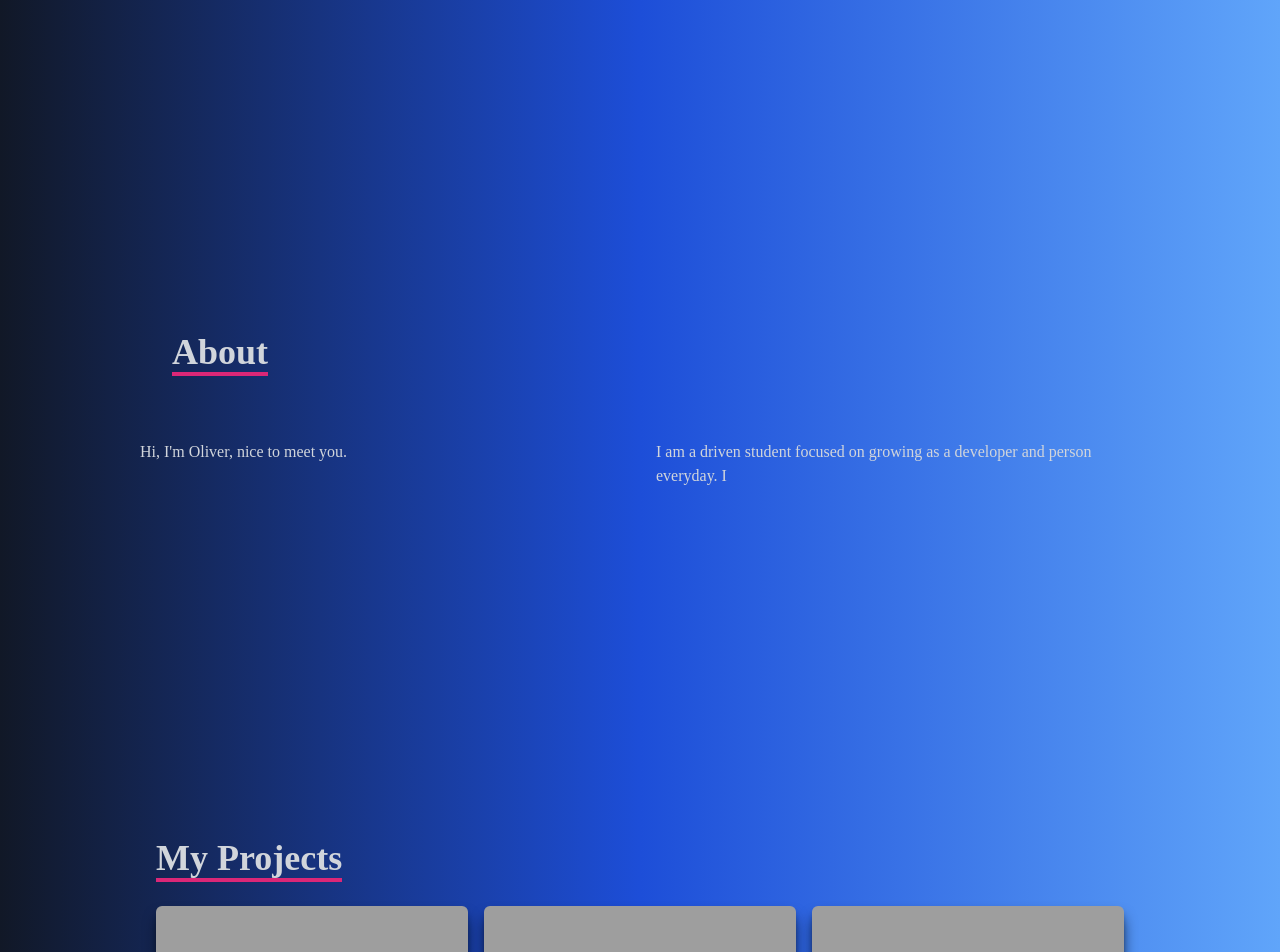
Repository: olichengus/Project-Portfolio
Page: /
The author's editor kept a copy of each file at every save. The page is drawn from the files as they stood at one save, then again after the next save.
The browser window is 1280 px wide. The pictures show the part of the page from y = 670 to 1622 px (the page is 2160 px tall).
Pictures or frames that could not be fetched are drawn as grey boxes. The project was rebuilt for these pictures with package versions that can differ from the ones it lists, and the page was loaded fresh each time.

Above is the page before, as saved 2024-02-10 00:32:28.

### src/index.css
@tailwind base;
@tailwind components;
@tailwind utilities;

@import url('https://fonts.googleapis.com/css2?family=Roboto:wght@300;400;500;700&display=swap');

@layer base {
  body {
    @apply font-[Raleway];
  }
  li {
    @apply px-4;
    @apply cursor-pointer;
  }
}


.content-div{
  background-repeat: no-repeat;
  background-size: cover;
  background-position: center;
  height: 250px;
}

.content-div:hover{
  background-image: linear-gradient(
    to right,
    rgba(112,157,255,0.8),
    hsla(242,74%,61%,0.8)
  )!important;
  background-color: rgba(0, 0, 0, 0.5);
  transition: 0.5s;
}

### src/App.js
import Home from './components/Home';
import Navbar from './components/Navbar';
import About from './components/About';
import Work from './components/Work';

function App() {
  return (
    <div>
      <Navbar />
      <Home />
      <About />
      <Work />
    </div>
  );
}

export default App;

### src/components/Home.jsx
import React from 'react'
import {HiArrowNarrowRight} from 'react-icons/hi'

const Home = () => {
  return (
    <div className='w-full h-screen bg-gradient-to-r from-gray-900 via-blue-700 to-blue-400'>
      {/* Container */}
      <div className='max-w-[1000px] mx-auto px-8 flex flex-col justify-center h-full'>
        <p className='text-pink-600 text-2xl'>Hi, my name is</p>
        <h1 className='text-white text-7xl font-bold'>Oliver Cheng</h1>
        <h2 className='text-4xl sm:text-5xl font-bold text-[#8892b0]'> I am a Computer Science student @ UBC</h2>
        <h2 className='text-4xl sm:text-5xl font-bold text-[#8892b0]'> Welcome to my Portfolio!</h2>
        <div className='background-color'>
          <button className = 'text-white border-2 px-6 py-3 my-2 flex items-center hover:bg-pink-600 hover:border-pink-600'>
            My Projects
            <span className='group-hover:rotate-90 duration-300'>
              <HiArrowNarrowRight className='ml-2' />
            </span>
          </button>
        </div>
      </div>

    </div>
  )
}

export default Home

### src/components/navbar.js
import React, {useState} from 'react'
import {
    FaBars,
    FaTimes,
    FaGithub,
    FaLinkedin
  } from 'react-icons/fa';
import { HiOutlineMail } from 'react-icons/hi';
import BsFillPersonFill from 'react-icons/bs';

const Navbar = () => {
    const [nav, setNav] = useState(false)
    const handleClick = () => setNav(!nav)
  return (
    <div className='fixed w-full h-[80px] flex justify-between items-center px-4 bg-[#0a192f] text-gray-300'>
    {/* menu */}
        <div className='hidden md:flex'>
            <ul className='hidden md:flex'>
                <li>Home</li>
                <li>About</li>
                <li>Experience</li>
                <li>Projects</li>
                <li>Contact</li>


            </ul>
        </div>

        <div onClick={handleClick} className='md:hidden z-10'>
            {/* if false set it to bars else set it to x logo*/}
            {!nav ? <FaBars /> : <FaTimes />}
        </div>


        {/* Moble menu */}
        <ul className={!nav ? "hidden": 'absolute top-0 left-0 w-full h-screen bg-[#0a192f] flex flex-col justify center items-center'}>
                <li className='py-6 text-4xl'>Home</li>
                <li className='py-6 text-4xl'>About</li>
                <li className='py-6 text-4xl'>Experience</li>
                <li className='py-6 text-4xl'>Projects</li>
                <li className='py-6 text-4xl'>Contact</li>

        </ul>
        {/* Social Icons */}
        <div className='flex fixed flex-col top-[35%] left-0;'>
        </div>
    </div>


  )
}

export default Navbar

### src/components/About.jsx
import React from 'react';

const About = () => {
    return (
        <div name='about' className='w-full h-screen bg-gradient-to-r from-gray-900 via-blue-700 to-blue-400 text-gray-300'>
            <div className='flex flex-col justify-center items-center w-full h-full'>
                <div className='max-w-[1000px] w-full px-4 justify-center items-center'>
                    <div className='md:text-left sm:text-right pb-8 pl-4'>
                        <p className='text-4xl font-bold inline border-b-4 border-pink-600 hover:text-white'>About</p>
                    </div>

                </div>
                <div className='mt-9 max-w-[1000px] w-full grid grid-cols-2 gap-8'>
                    <div>
                        <p>Hi, I'm Oliver, nice to meet you.</p>
                    </div>
                    <div>
                        I am a driven student focused on growing as a developer and person everyday. I
                    </div>
                </div>
            </div>
        </div>
    )
}

export default About;

### src/components/Work.jsx
import React from 'react';
import Background from '../assets/background.jpeg';

const Work = () => {
    return (
        <div className='w-full md:h-screen text-gray-300 bg-gradient-to-r from-gray-900 via-blue-700 to-blue-400'>
            <div className='max-w-[1000px] mx-auto p-4 flex flex-col justify-center w-full h-full'>
                <div>
                    <p className='text-4xl font-bold inline border-b-4 text-gray-300 border-pink-600'>My Projects</p>
                </div>

            {/* Container */}

                <div className='grid sm:grid-cols-2 md:grid-cols-3 gap-4 mt-7'>

            {/* Grid Item */}
                    <div style = {{backgroundImage: `url(${Background})`}}
                    className='shadow-lg shadow-[#040c16] group container rounded-md flex justify-center items-center mx-auto content-div'>

                        {/* Hover Effects */}
                        <div className='opacity-0 group-hover:opacity-100'>
                            <span className='text-2xl font-bold text-white tracking-wider'>
                                UBC Elective Finder
                            </span>
                            <div className='pt-8 text-center'>
                                {/* <a href ="/">
                                    <button className='text-center rounded-lg px-4 py-3 m-2 bg-white text-gray-700 font-bold text-lg'>Demo</button>
                                </a> */}
                                <a href = "https://github.com/olichengus/UBC-Elective-Finder">
                                    <button className='text-center rounded-lg px-5 py-3 m-2 bg-white text-gray-700 font-bold text-lg'>View</button>
                                </a>
                            </div>
                        </div>
                    </div>

                    <div style = {{backgroundImage: `url(${Background})`}}
                    className='shadow-lg shadow-[#040c16] group container rounded-md flex justify-center items-center mx-auto content-div'>

                        {/* Hover Effects */}
                        <div className='opacity-0 group-hover:opacity-100'>
                            <span className='text-2xl font-bold text-white tracking-wider'>
                                Telomeres Website
                            </span>
                            <div className='pt-8 text-center'>
                                {/* <a href ="/">
                                    <button className='text-center rounded-lg px-4 py-3 m-2 bg-white text-gray-700 font-bold text-lg'>Demo</button>
                                </a> */}
                                <a href = "https://github.com/olichengus/TelomeresWebsite">
                                    <button className='text-center rounded-lg px-5 py-3 m-2 bg-white text-gray-700 font-bold text-lg'>View</button>
                                </a>
                            </div>
                        </div>
                    </div>

                    <div style = {{backgroundImage: `url(${Background})`}}
                    className='shadow-lg shadow-[#040c16] group container rounded-md flex justify-center items-center mx-auto content-div'>

                        {/* Hover Effects */}
                        <div className='opacity-0 group-hover:opacity-100'>
                            <span className='text-2xl font-bold text-white tracking-wider'>
                                Wishlist Application
                            </span>
                            <div className='pt-8 text-center'>
                                {/* <a href ="https://github.com/olichengus/WishList">
                                    <button className='text-center rounded-lg px-4 py-3 m-2 bg-white text-gray-700 font-bold text-lg'>Demo</button>
                                </a> */}
                                <a href = "https://github.com/olichengus/WishList">
                                    <button className='text-center rounded-lg px-5 py-3 m-2 bg-white text-gray-700 font-bold text-lg'>View</button>
                                </a>
                            </div>
                        </div>
                    </div>

                    <div style = {{backgroundImage: `url(${Background})`}}
                    className='shadow-lg shadow-[#040c16] group container rounded-md flex justify-center items-center mx-auto content-div'>

                        {/* Hover Effects */}
                        <div className='opacity-0 group-hover:opacity-100'>
                            <span className='text-2xl font-bold text-white tracking-wider'>
                                PythonRoads
                            </span>
                            <div className='pt-8 text-center'>
                                {/* <a href ="/">
                                    <button className='text-center rounded-lg px-4 py-3 m-2 bg-white text-gray-700 font-bold text-lg'>Demo</button>
                                </a> */}
                                <a href = "https://github.com/olichengus/PythonRoads">
                                    <button className='text-center rounded-lg px-5 py-3 m-2 bg-white text-gray-700 font-bold text-lg'>View</button>
                                </a>
                            </div>
                        </div>
                    </div>

                </div>



            </div>
        </div>
    );
};

export default Work;

### tailwind.config.js
/** @type {import('tailwindcss').Config} */
module.exports = {
  content: ["./src/**/*.{html,jsx}"],
  theme: {
    extend: {},
  },
  plugins: [],
}

Loaded but not shown: public/index.html (common file); src/index.js (common file)

After the next save:
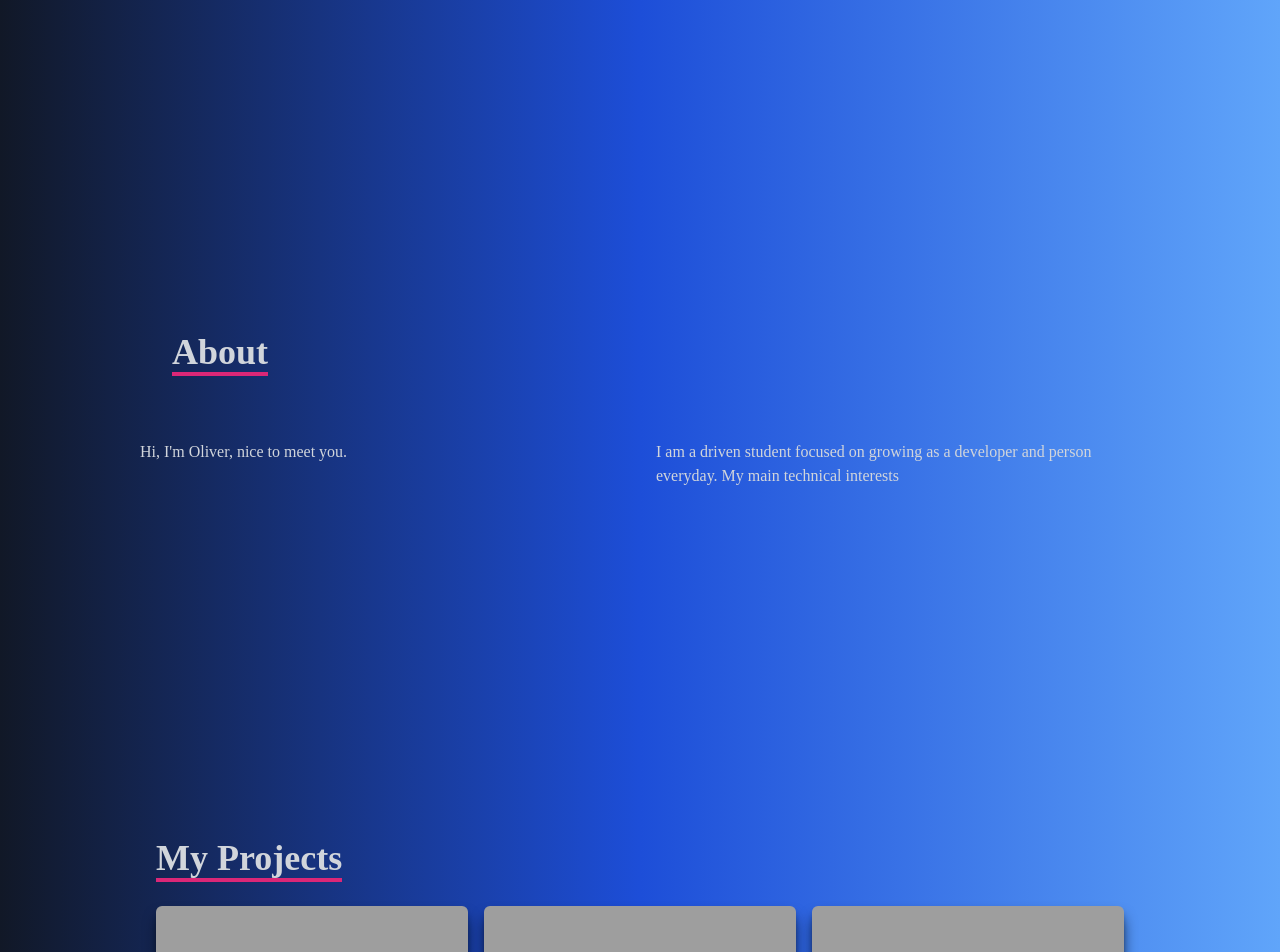
Saved 9 s later.
--- a/src/components/About.jsx
+++ b/src/components/About.jsx
@@ -15,7 +15,7 @@ const About = () => {
                         <p>Hi, I'm Oliver, nice to meet you.</p>
                     </div>
                     <div>
-                        I am a driven student focused on growing as a developer and person everyday. I
+                        I am a driven student focused on growing as a developer and person everyday. My main technical interests
                     </div>
                 </div>
             </div>
